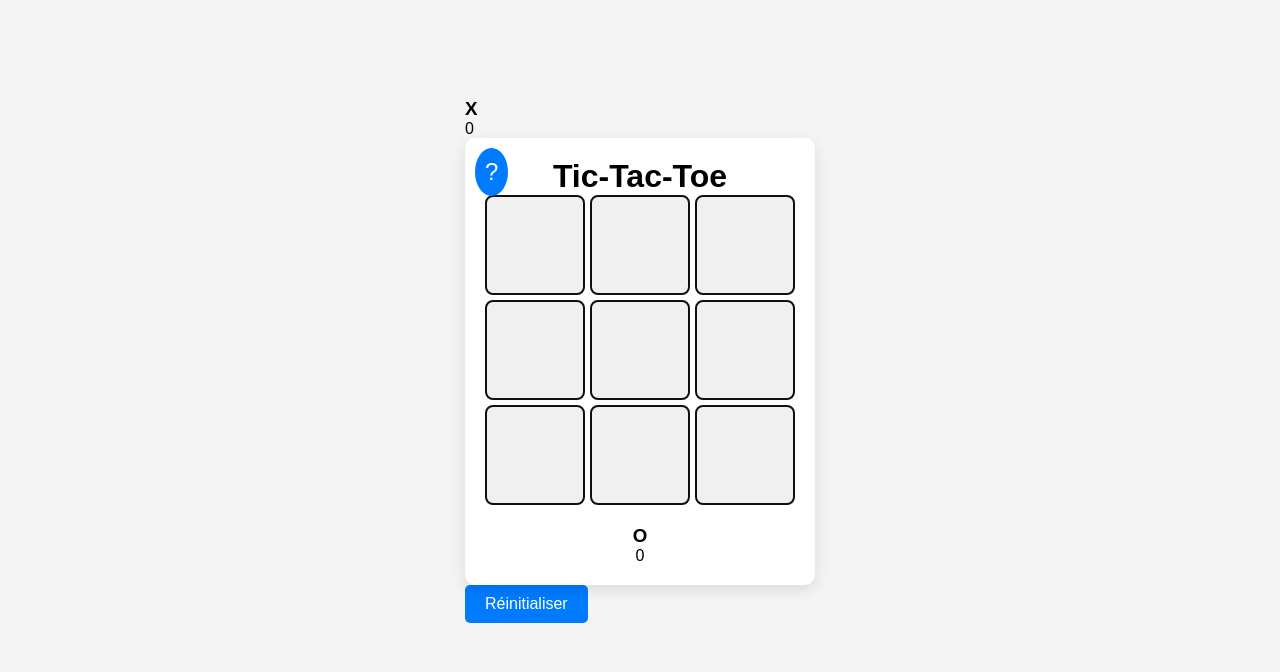
Repository: FTheo57/EvaluationGit
Page: index.html
The author's editor kept a copy of each file at every save. The page is drawn from the files as they stood at one save, then again after the next save.
The browser window is 1280 px wide. The pictures show the whole page.

Above is the page before, as saved 2025-03-10 16:33:16.

### index.html
<!DOCTYPE html>
<html lang="fr">
<head>
    <meta charset="UTF-8">
    <meta name="viewport" content="width=device-width, initial-scale=1.0">
    <title>Tic-Tac-Toe</title>
    <link rel="stylesheet" href="/css/styles.css"
</head>
<body>
    <div class="game-wrapper">

        <div class="score-container" id="score-x">
            <h3>X</h3>
            <p id="score-x-value">0</p>
        </div>
    <div class="container">
        <button class="rules-btn" id="rules-btn">?</button>
        <h1>Tic-Tac-Toe</h1>
        <div class="game-board" id="game-board">
            <div class="cell" data-index="0"></div>
            <div class="cell" data-index="1"></div>
            <div class="cell" data-index="2"></div>
            <div class="cell" data-index="3"></div>
            <div class="cell" data-index="4"></div>
            <div class="cell" data-index="5"></div>
            <div class="cell" data-index="6"></div>
            <div class="cell" data-index="7"></div>
            <div class="cell" data-index="8"></div>
        </div>
        <div class="score-container" id="score-o">
            <h3>O</h3>
            <p id="score-o-value">0</p>
        </div>
    </div>
        <button id="reset">Réinitialiser</button>
        <div class="popup" id="popup">
            <div class="popup-content">
                <h2>Règles du Jeu</h2>
                <ul>
                    <li>Deux joueurs jouent à tour de rôle.</li>
                    <li>Chaque joueur marque son symbole (X ou O) dans une cellule vide.</li>
                    <li>Le premier joueur à aligner trois de ses symboles horizontalement, verticalement ou en diagonale gagne.</li>
                    <li>Si toutes les cellules sont remplies sans gagnant, c'est un match nul.</li>
                </ul>
                <button id="close-popup">Fermer</button>
            </div>
        </div>
    </div>


    <script src="/js/script.js"></script>
</body>
</html>

### css/styles.css
* {
    margin: 0;
    padding: 0;
    box-sizing: border-box;
}

body {
    font-family: Arial, sans-serif;
    display: flex;
    justify-content: center;
    align-items: center;
    height: 100vh;
    background-color: #f4f4f4;
}

.container {
    text-align: center;
    background-color: white;
    padding: 20px;
    border-radius: 10px;
    box-shadow: 0 5px 15px rgba(0, 0, 0, 0.1);
    position: relative;
}

.
h1 {
    margin-bottom: 20px;
    font-size: 2rem;
}

.game-board {
    display: grid;
    grid-template-columns: repeat(3, 100px);
    grid-template-rows: repeat(3, 100px);
    gap: 5px;
    margin-bottom: 20px;
}

.cell {
    width: 100px;
    height: 100px;
    background-color: #f0f0f0;
    display: flex;
    justify-content: center;
    align-items: center;
    font-size: 2rem;
    cursor: pointer;
    border: 2px solid #101010;
    border-radius: 8px;
    transition: background-color 0.3s ease;
}

.cell:hover {
    background-color: #e0e0e0;
}

button {
    padding: 10px 20px;
    font-size: 1rem;
    cursor: pointer;
    background-color: #007bff;
    color: white;
    border: none;
    border-radius: 5px;
    transition: background-color 0.3s ease;
}

button:hover {
    background-color: #0056b3;
}
.rules-btn {
    position: absolute;
    top: 10px;
    left: 10px;
    padding: 10px;
    font-size: 1.5rem;
    background-color: #007bff;
    color: white;
    border: none;
    border-radius: 50%;
    cursor: pointer;
    transition: background-color 0.3s ease;
}

.rules-btn:hover {
    background-color: #0056b3;
}


.popup {
    display: none;
    position: fixed;
    top: 0;
    left: 0;
    width: 100%;
    height: 100%;
    background-color: rgba(0, 0, 0, 0.5);
    justify-content: center;
    align-items: center;
}

.popup-content {
    background-color: white;
    padding: 20px;
    border-radius: 10px;
    text-align: center;
    width: 300px;
}

.popup h2 {
    margin-bottom: 10px;
}

.popup ul {
    list-style-type: none;
    margin-bottom: 20px;
}

.popup button {
    background-color: #007bff;
    color: white;
    border: none;
    border-radius: 5px;
    padding: 10px;
    cursor: pointer;
}

.popup button:hover {
    background-color: #0056b3;
}

### js/script.js

const rulesBtn = document.getElementById('rules-btn');
const popup = document.getElementById('popup');
const closePopupBtn = document.getElementById('close-popup');


rulesBtn.addEventListener('click', () => {
    popup.style.display = 'flex';
});


closePopupBtn.addEventListener('click', () => {
    popup.style.display = 'none';
});

After the next save:
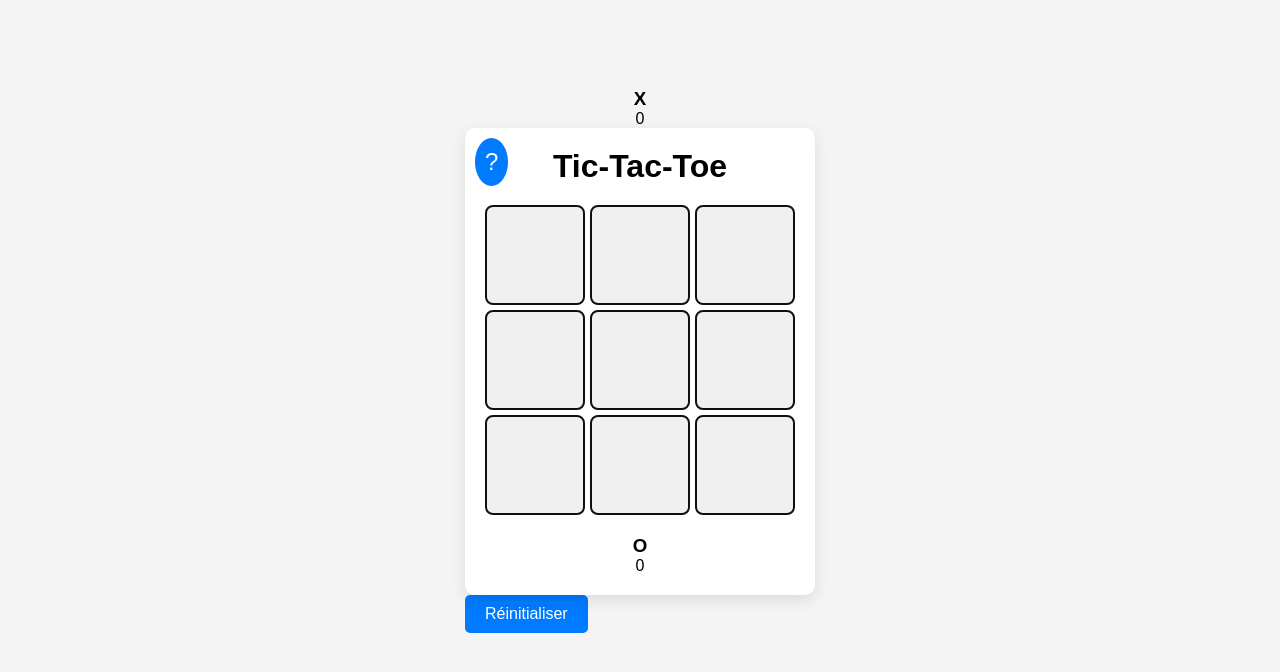
Saved 7 s later.
--- a/css/styles.css
+++ b/css/styles.css
@@ -22,7 +22,9 @@ body {
     position: relative;
 }
 
-.
+.score-container {
+    text-align: center;
+}
 h1 {
     margin-bottom: 20px;
     font-size: 2rem;
